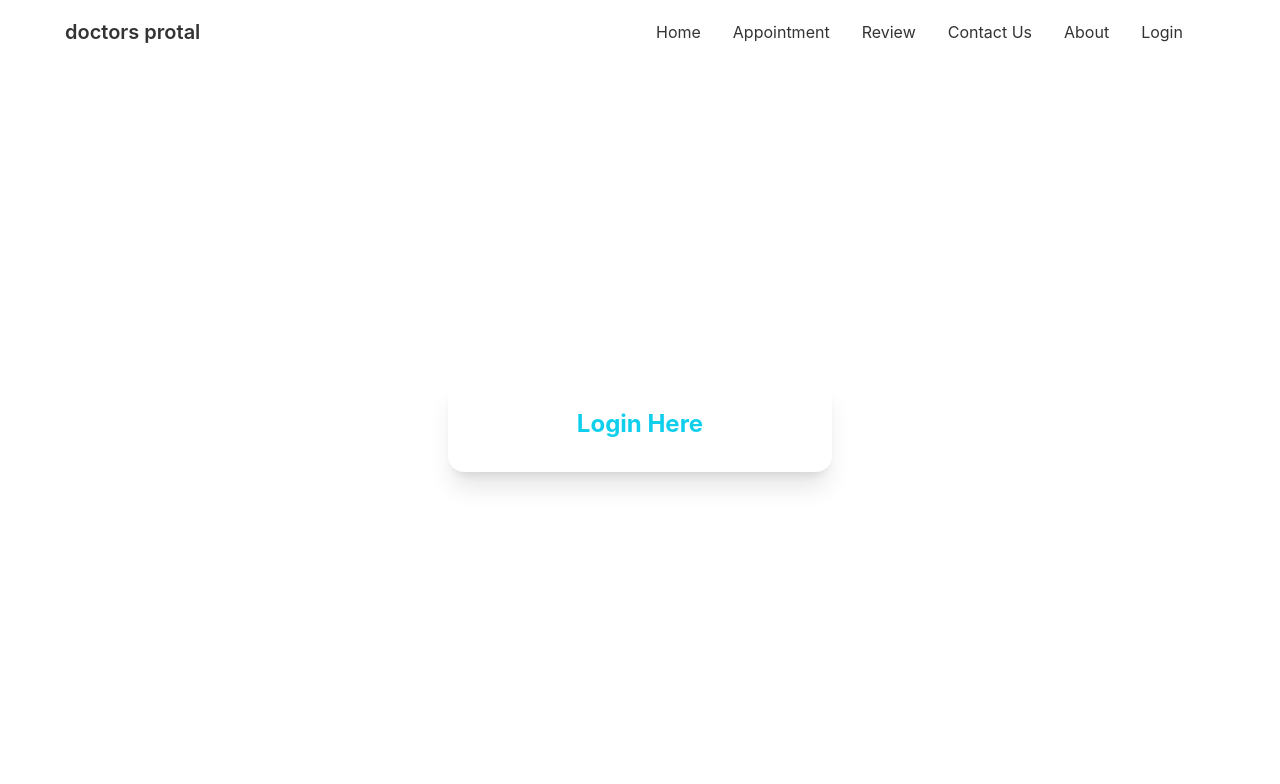
Repository: mdrubel02/doctor-protal
Page: /login
These files come from the project's save history. The page is drawn as it stood at one moment and after the next save; the edit follows.
The browser window is 1280 px wide. The pictures show the whole page.
The project was rebuilt for these pictures with package versions that can differ from the ones it lists, and the page was loaded fresh each time. Also part of the build but not shown: src/App.css, src/Pages/About/About.js, src/Pages/Shared/Footer/Footer.js, src/Pages/Appointment/AppointmentBanner.js, src/Pages/Appointment/BookingModal.js, src/Pages/Appointment/Service.js, src/Pages/Appointment/AvailableAppointment.js, src/Pages/Appointment/Appointment.js and 2 more. Imported but missing from the stored project, and not drawn on this page: src/Pages/Contact/Contact.

Above is the page before, as saved 2022-05-14 16:13:36.

### src/App.js

import { Route, Routes } from 'react-router-dom';
import './App.css';
import About from './Pages/About/About';
import Appointment from './Pages/Appointment/Appointment';
import Contact from './Pages/Contact/Contact';
import Home from './Pages/Home/Home';
import Login from './Pages/Login/Login';
import Review from './Pages/Review/Review';
import Navbar from './Pages/Shared/Navbar';

function App() {
  return (
    <div className='max-w-1xl mx-auto px-10 ' >
      <Navbar></Navbar>
      <Routes>
        <Route path='/' element={<Home/>}/>
        <Route path='/about' element={<About/>}/>
        <Route path='/appointment' element={<Appointment/>}/>
        <Route path='/review' element={<Review/>}/>
        <Route path='/contact' element={<Contact/>}/>
        <Route path='/login' element={<Login/>}/>
      </Routes>
    </div>
  );
}

export default App;

### src/Pages/Login/Login.js
import React from 'react';

const Login = () => {
    return (
        <div className='flex justify-center items-center min-h-screen'>
            <div className="card w-96 bg-base-100 shadow-xl">
                <div className="card-body">
                    <h2 className="text-center text-2xl font-bold text-primary">Login Here</h2>

                </div>
            </div>
        </div>
    );
};

export default Login;

### src/Pages/Shared/Navbar.js
import React from 'react';
import { Link } from 'react-router-dom';

const Navbar = () => {
    const menuItems = <>
        <li><Link to='/'>Home</Link></li>
        <li><Link to='/appointment'>Appointment</Link></li>
        <li><Link to='/review'>Review</Link></li>
        <li><Link to='/contact'>Contact Us</Link></li>
        <li><Link to='/about'>About</Link></li>
        <li><Link to='login'>Login</Link></li>
    </>
    return (
        <div className="navbar bg-base-100">
            <div className="navbar-start">
                <div className="dropdown">
                    <label tabindex="0" className="btn btn-ghost lg:hidden">
                        <svg xmlns="http://www.w3.org/2000/svg" className="h-5 w-5" fill="none" viewBox="0 0 24 24" stroke="currentColor"><path stroke-linecap="round" stroke-linejoin="round" stroke-width="2" d="M4 6h16M4 12h8m-8 6h16" /></svg>
                    </label>
                    <ul tabindex="0" className="menu menu-compact dropdown-content mt-3 p-2 shadow bg-base-100 rounded-box w-52">
                        {menuItems}
                    </ul>
                </div>
                <Link to='/' className="btn btn-ghost normal-case text-xl">doctors protal</Link>
            </div>
            <div className="navbar-center hidden lg:flex">
                <ul className="menu menu-horizontal p-0">
                    {menuItems}
                </ul>
            </div>

        </div>
    );
};

export default Navbar;

### tailwind.config.js
module.exports = {
  content: ["./src/**/*.{html,js}"],
  daisyui: {
    themes: [
      {
        mytheme: {
          primary: "#0FCFEC",
          secondary: "#19D3AE",
          accent: "#3A4256",
          neutral: "#3d4451",
          "base-100": "#ffffff",
        },
      },
      "dark",
      "cupcake",
    ],
  },
  plugins: [require("daisyui")],
}

Loaded but not shown: public/index.html (common file); src/index.js (common file); src/index.css (common file); src/reportWebVitals.js (common file)

After the next save:
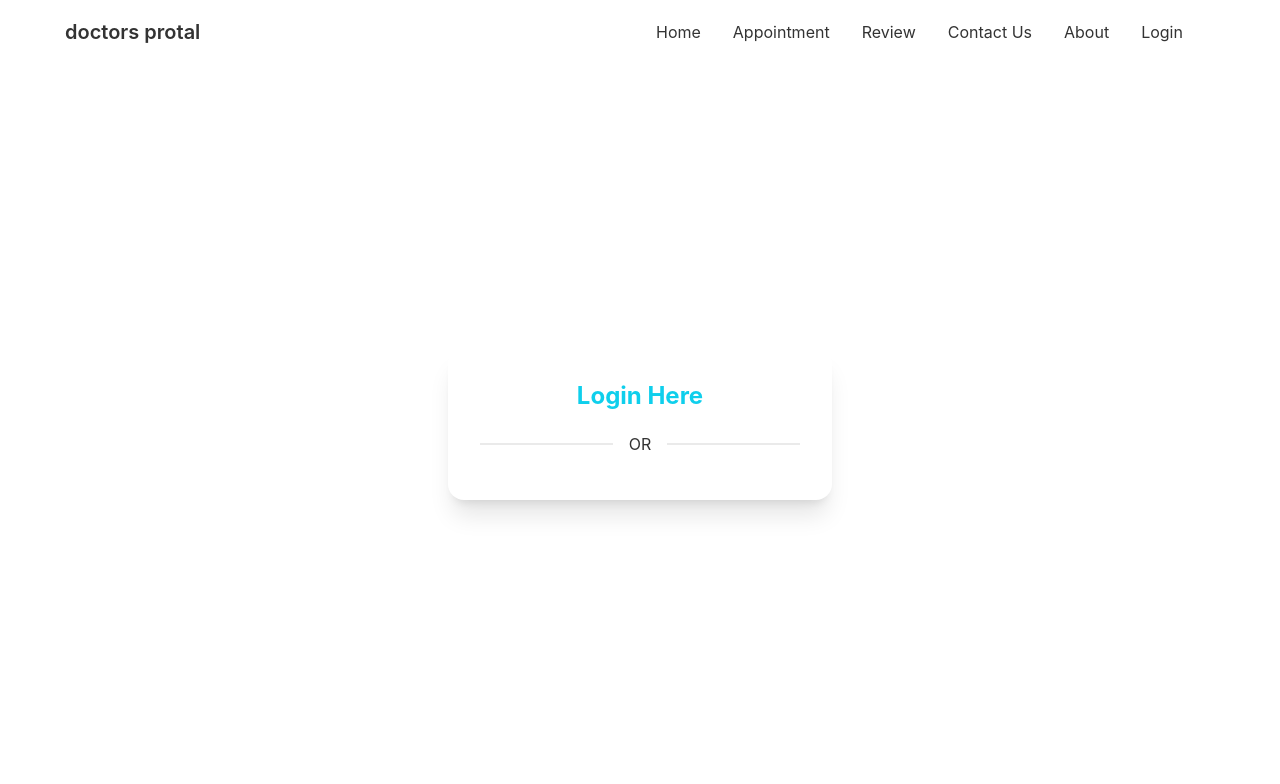
Saved 52 s later.
--- a/src/Pages/Login/Login.js
+++ b/src/Pages/Login/Login.js
@@ -7,6 +7,8 @@ const Login = () => {
                 <div className="card-body">
                     <h2 className="text-center text-2xl font-bold text-primary">Login Here</h2>
 
+                    <div className="divider">OR</div>
+
                 </div>
             </div>
         </div>
